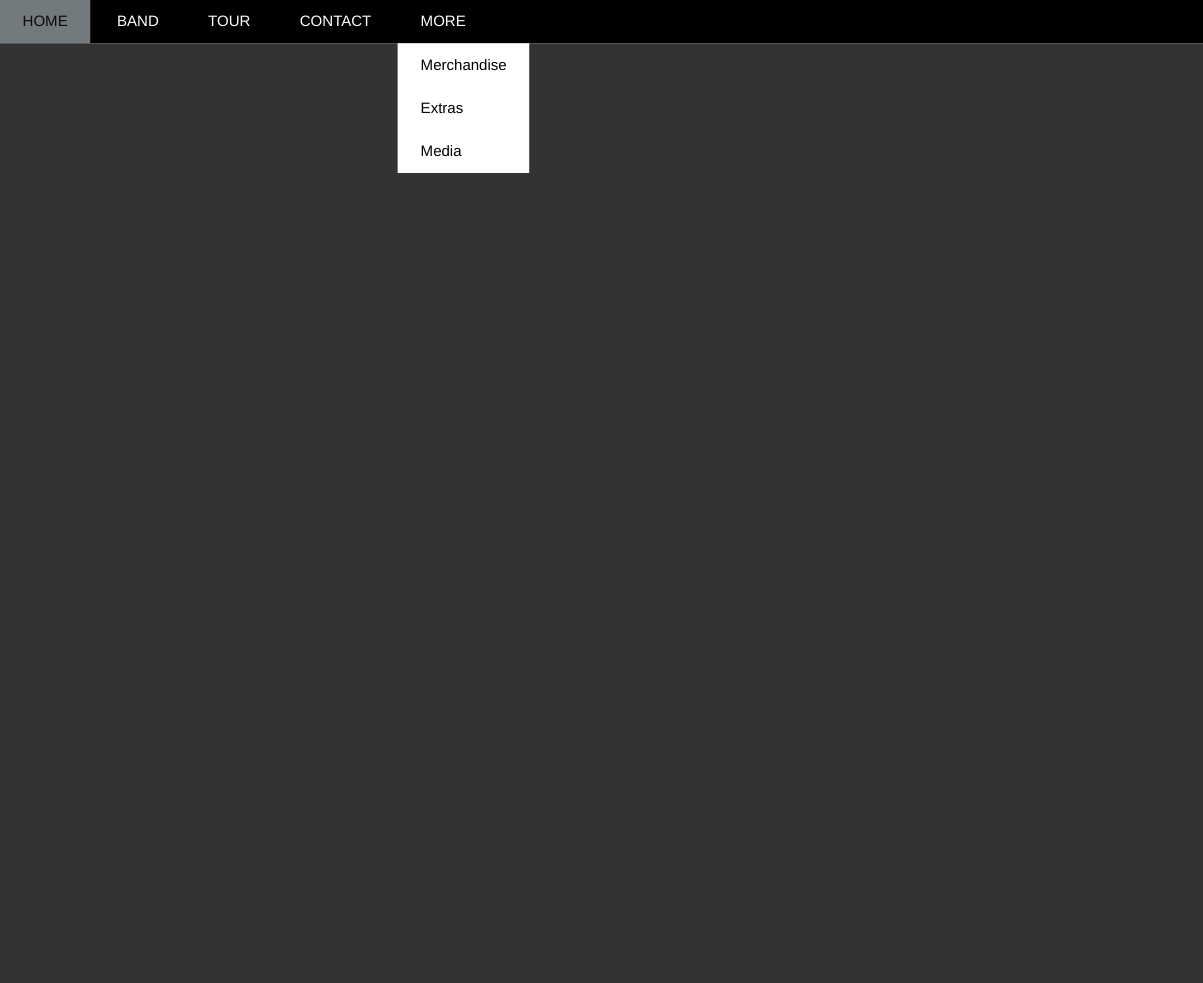
Repository: anhviet-key/hello-cac-ban
Page: HTMS_CSS ZERO 0/index.html
An editor plug-in stored every save of this project. The page is shown before and after the next save, followed by the edit.
The browser window is 1280 px wide. The pictures show the whole page, at 94% of full size.

Above is the page before, as saved 2021-10-03 23:02:00.

After the next save:
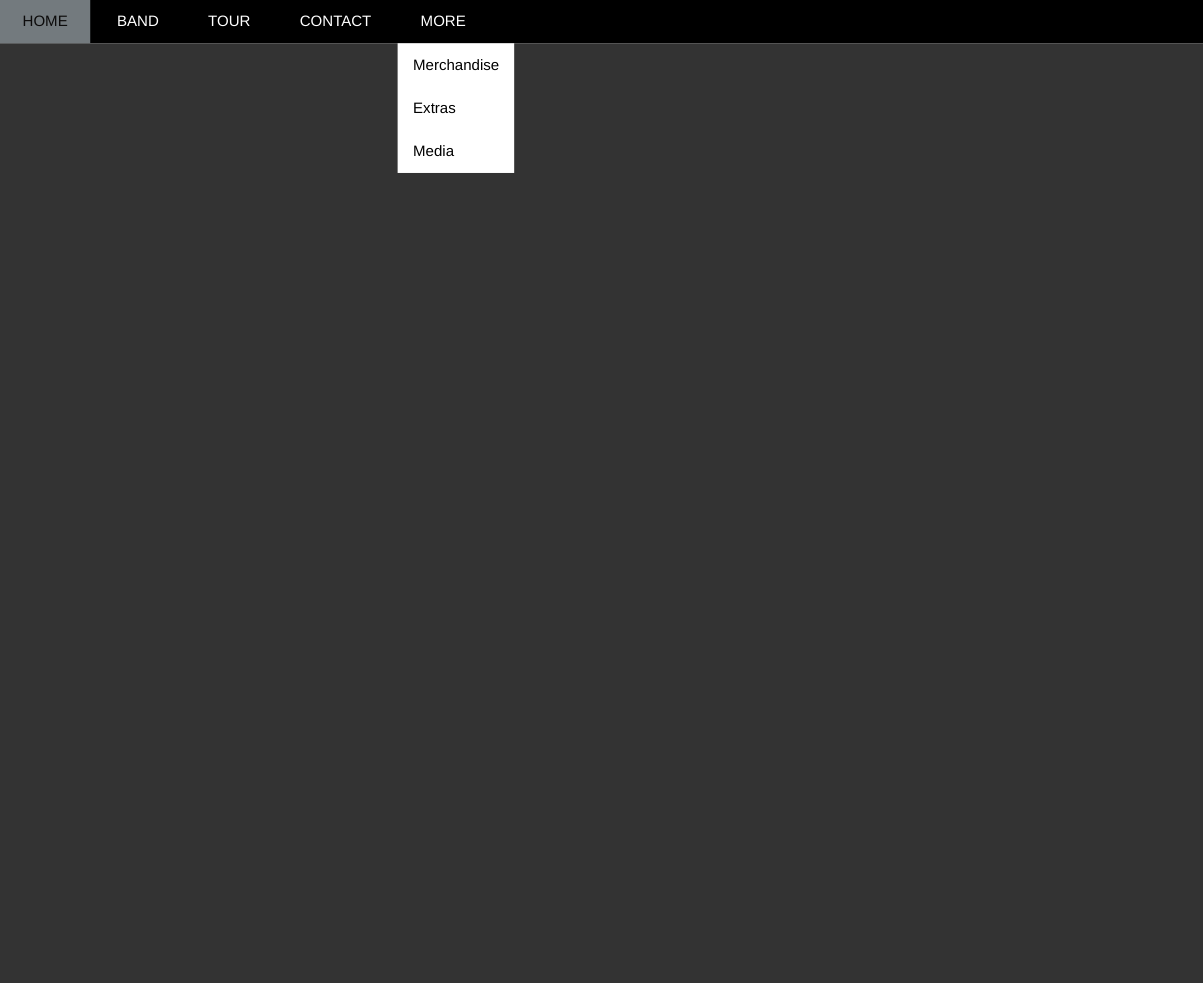
Saved 6 s later.
--- a/HTMS_CSS ZERO 0/assets/css/style.css
+++ b/HTMS_CSS ZERO 0/assets/css/style.css
@@ -52,7 +52,7 @@ html {
 
 #nav .subnav a {
     color: black;
-    padding:
+    padding: 0px 16px;
 }
 
 #slider {
